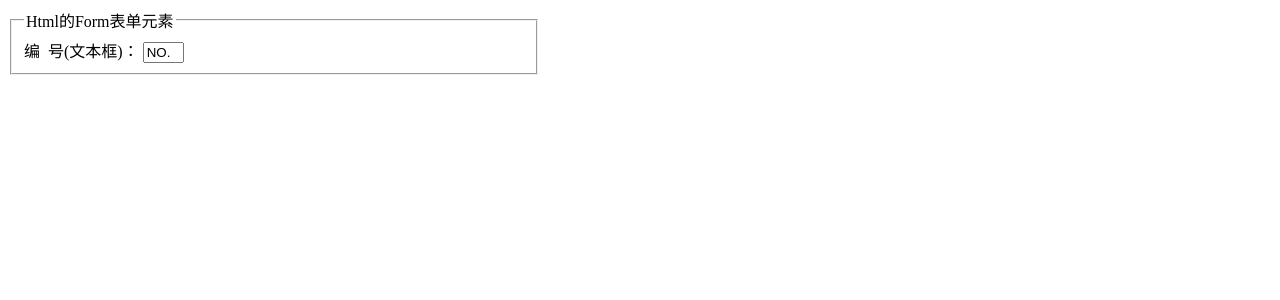
Repository: frankstar007/java
Page: http://localhost/Servlet_Study/request_form1.jsp
The author's editor kept a copy of each file at every save. The page is drawn from the files as they stood at one save, then again after the next save.
The browser window is 1280 px wide. The pictures show the whole page.
The page is served by Tomcat 9. Nobody is signed in. The application's start-up code is not run. Other server files are loaded and not shown.

Above is the page before, as saved 2016-05-01 02:33:36.

### Servlet_Study/WebContent/request_form1.jsp
<%@ page language="java" contentType="text/html; charset=UTF-8"
    pageEncoding="UTF-8"%>
<!DOCTYPE html PUBLIC "-//W3C//DTD HTML 4.01 Transitional//EN" "http://www.w3.org/TR/html4/loose.dtd">
<html>
<head>
<meta http-equiv="Content-Type" content="text/html; charset=UTF-8">
<title>Html的form表单元素</title>
</head>
<fieldset style="width:500px;">
	<legend>Html的Form表单元素</legend>
	<form action="${pageContext.request.contextPath }/RequestDemo3" method="post">
	编&nbsp;&nbsp;号(文本框)：
		<input type="text" name="userid" value="NO." size="2" maxlength="2"><br>



	</form>

</fieldset>
<body>

</body>
</html>

After the next save:
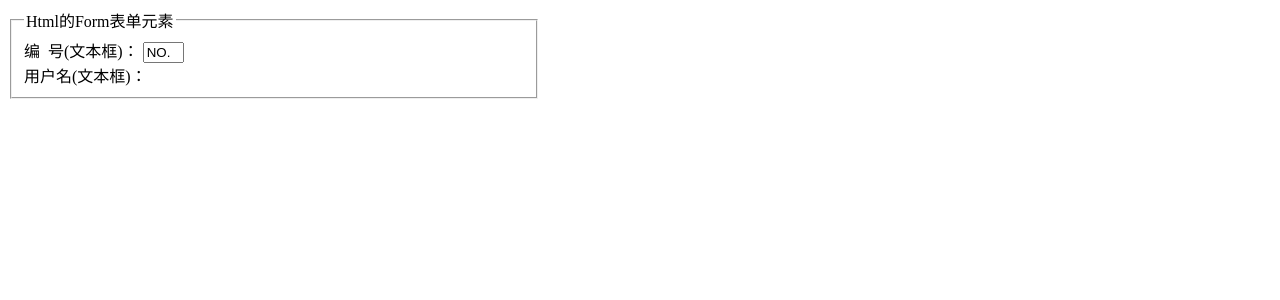
Saved 17 s later.
--- a/Servlet_Study/WebContent/request_form1.jsp
+++ b/Servlet_Study/WebContent/request_form1.jsp
@@ -11,7 +11,7 @@
 	<form action="${pageContext.request.contextPath }/RequestDemo3" method="post">
 	编&nbsp;&nbsp;号(文本框)：
 		<input type="text" name="userid" value="NO." size="2" maxlength="2"><br>
-
+	用户名(文本框)：
 
 
 	</form>
